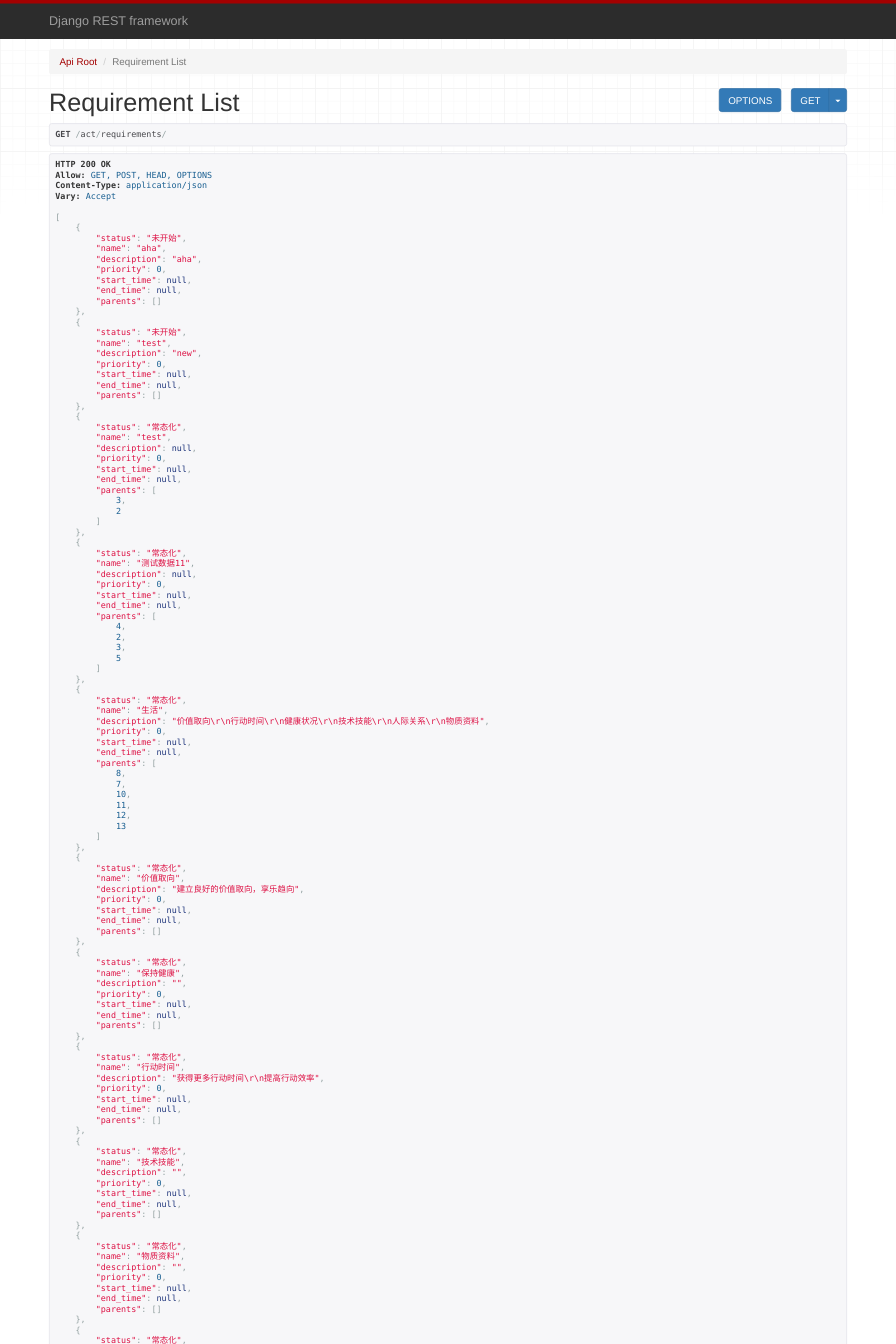
Repository: Floweroid/proj_mana
Page: http://localhost/act/requirements/
An editor plug-in stored every save of this project. The page is shown before and after the next save, followed by the edit.
The browser window is 1280 px wide. The pictures show the part of the page from y = 0 to 1920 px (the page is 2589 px tall before and 2754 px after), at 70% of full size.
Backgrounds fixed to the window are drawn as part of the page. The page is served by the project's application, run on Django 4.2 (manage.py). Other server files are loaded and not shown. The page reads the database file committed with the project.

Above is the page before, as saved 2024-05-20 08:48:10.

### act/models.py
from django.db import models

from django.db import models

class Requirement(models.Model):
    name = models.CharField(max_length=100, verbose_name='名称')
    STATUS_CHOICES = (
        ('常态化', '常态化'),
        ('已取消', '已取消'),
        ('已完成', '已完成'),
        ('进行中', '进行中'),
        ('未开始', '未开始'),
    )
    status = models.CharField(max_length=10, choices=STATUS_CHOICES, verbose_name='状态', default='未开始')
    description = models.TextField(verbose_name='描述', null=True,blank=True)
    priority = models.IntegerField(verbose_name='优先级', default=0)
    created_at = models.DateTimeField(auto_now_add=True, verbose_name='创建时间')
    updated_at = models.DateTimeField(auto_now=True, verbose_name='更新时间')
    parents = models.ManyToManyField('self', through='RequirementRelationship', symmetrical=False, verbose_name='父需求')

    start_time = models.DateTimeField(verbose_name='开始时间', null=True, blank=True)
    end_time = models.DateTimeField(verbose_name='结束时间', null=True, blank=True)

    def __str__(self):
        return f"#{self.id}.{self.name}"

class RequirementRelationship(models.Model):
    from_requirement = models.ForeignKey(Requirement, related_name='from_requirements', on_delete=models.CASCADE,verbose_name='源需求')
    to_requirement = models.ForeignKey(Requirement, related_name='to_requirements', on_delete=models.CASCADE,verbose_name='衍生需求')
    created_at = models.DateTimeField(auto_now_add=True)
    updated_at = models.DateTimeField(auto_now=True)

    def __str__(self):
        return f"{self.from_requirement}->{self.to_requirement}"




class Note(models.Model):
    name = models.CharField(max_length=100, verbose_name='笔记名称')
    description = models.TextField(verbose_name='笔记',null=True)
    created_at = models.DateTimeField(auto_now_add=True, verbose_name='创建时间')
    updated_at = models.DateTimeField(auto_now=True, verbose_name='更新时间')

    def __str__(self):
        return self.name

### act/serializers.py
# serializers.py
from rest_framework import serializers
from .models import Note, Requirement



class NoteSerializer(serializers.ModelSerializer):
    class Meta:
        model = Note
        fields = '__all__'

class RequirementSerializer(serializers.ModelSerializer):
    start_time = serializers.DateTimeField(format='%Y-%m-%d %H:%M:%S', required=False)
    end_time = serializers.DateTimeField(format='%Y-%m-%d %H:%M:%S', required=False)
    class Meta:
        model = Requirement
        fields = ['status','name','description','priority','start_time','end_time','parents']

### act/views.py
# views.py
from rest_framework import viewsets
from .models import Note, Requirement
from .serializers import NoteSerializer, RequirementSerializer

class NoteViewSet(viewsets.ModelViewSet):
    queryset = Note.objects.all()
    serializer_class = NoteSerializer

class RequirementViewSet(viewsets.ModelViewSet):
    queryset = Requirement.objects.all()
    serializer_class = RequirementSerializer

### proj_mana/urls.py
"""
URL configuration for proj_mana project.

The `urlpatterns` list routes URLs to views. For more information please see:
    https://docs.djangoproject.com/en/4.2/topics/http/urls/
Examples:
Function views
    1. Add an import:  from my_app import views
    2. Add a URL to urlpatterns:  path('', views.home, name='home')
Class-based views
    1. Add an import:  from other_app.views import Home
    2. Add a URL to urlpatterns:  path('', Home.as_view(), name='home')
Including another URLconf
    1. Import the include() function: from django.urls import include, path
    2. Add a URL to urlpatterns:  path('blog/', include('blog.urls'))
"""
from django.contrib import admin
from django.urls import include, path

urlpatterns = [
    path("plan/", include("plan.urls")),
    path("req/", include("req_doc.urls")),
    path("act/", include("act.urls")),
    path('admin/', admin.site.urls),

]

### req_doc/urls.py
# urls.py
from django.urls import path, include
from rest_framework.routers import DefaultRouter
from .views import ProjectViewSet, DefinitionViewSet, RequirementViewSet

router = DefaultRouter()
router.register(r'projects', ProjectViewSet)
router.register(r'definitions', DefinitionViewSet)
router.register(r'requirements', RequirementViewSet)

urlpatterns = [
    path('', include(router.urls)),
]

### act/urls.py
# urls.py
from django.urls import path, include
from rest_framework.routers import DefaultRouter
from .views import RequirementViewSet

router = DefaultRouter()
router.register(r'requirements', RequirementViewSet)

urlpatterns = [
    path('', include(router.urls)),
]

### db.sqlite3 (the tables this page reads, as SQL)
CREATE TABLE "act_requirement" ("id" integer NOT NULL PRIMARY KEY AUTOINCREMENT, "name" varchar(100) NOT NULL, "status" varchar(10) NOT NULL, "description" text NULL, "priority" integer NOT NULL, "created_at" datetime NOT NULL, "updated_at" datetime NOT NULL, "end_time" datetime NULL, "start_time" datetime NULL);
INSERT INTO "act_requirement" VALUES
(2, 'aha', '未开始', 'aha', 0, '2024-05-20 09:56:51.737782', '2024-05-20 09:56:51.737782', NULL, NULL),
(3, 'test', '未开始', 'new', 0, '2024-05-20 10:03:12.002756', '2024-05-20 10:25:56.126600', NULL, NULL),
(4, 'test', '常态化', NULL, 0, '2024-05-20 10:37:39.781732', '2024-05-20 10:37:39.781732', NULL, NULL),
(5, '测试数据11', '常态化', NULL, 0, '2024-05-20 11:00:24.475576', '2024-05-20 11:48:23.272821', NULL, NULL),
(6, '生活', '常态化', '价值取向
行动时间
健康状况
技术技能
人际关系
物质资料', 0, '2024-05-20 11:56:26.645009', '2024-05-20 12:18:12.342924', NULL, NULL),
(7, '价值取向', '常态化', '建立良好的价值取向，享乐趋向', 0, '2024-05-20 11:59:38.397435', '2024-05-20 11:59:38.397435', NULL, NULL),
(8, '保持健康', '常态化', '', 0, '2024-05-20 12:11:55.927797', '2024-05-20 12:14:08.627678', NULL, NULL),
(10, '行动时间', '常态化', '获得更多行动时间
提高行动效率', 0, '2024-05-20 12:15:36.697730', '2024-05-20 12:24:03.105387', NULL, NULL),
(11, '技术技能', '常态化', '', 0, '2024-05-20 12:16:13.933418', '2024-05-20 12:23:20.174090', NULL, NULL),
(12, '物质资料', '常态化', '', 0, '2024-05-20 12:16:43.565997', '2024-05-20 12:22:35.271229', NULL, NULL),
(13, '人际关系', '常态化', '', 0, '2024-05-20 12:17:26.345968', '2024-05-20 12:17:26.345968', NULL, NULL);

CREATE TABLE "act_requirementrelationship" ("id" integer NOT NULL PRIMARY KEY AUTOINCREMENT, "created_at" datetime NOT NULL, "updated_at" datetime NOT NULL, "from_requirement_id" bigint NOT NULL REFERENCES "act_requirement" ("id") DEFERRABLE INITIALLY DEFERRED, "to_requirement_id" bigint NOT NULL REFERENCES "act_requirement" ("id") DEFERRABLE INITIALLY DEFERRED);
INSERT INTO "act_requirementrelationship" VALUES
(2, '2024-05-20 10:37:39.790740', '2024-05-20 10:37:39.790740', 4, 3),
(3, '2024-05-20 10:37:39.790740', '2024-05-20 10:37:39.790740', 4, 2),
(4, '2024-05-20 11:00:24.483582', '2024-05-20 11:00:24.483582', 5, 4),
(5, '2024-05-20 11:00:24.484583', '2024-05-20 11:00:24.484583', 5, 2),
(6, '2024-05-20 11:00:24.484583', '2024-05-20 11:00:24.484583', 5, 3),
(7, '2024-05-20 11:47:50.992612', '2024-05-20 11:47:50.992612', 5, 5),
(8, '2024-05-20 12:14:10.367260', '2024-05-20 12:14:10.367260', 6, 8),
(9, '2024-05-20 12:18:14.080741', '2024-05-20 12:18:14.080741', 6, 7),
(10, '2024-05-20 12:18:14.081742', '2024-05-20 12:18:14.081742', 6, 10),
(11, '2024-05-20 12:18:14.081742', '2024-05-20 12:18:14.081742', 6, 11),
(12, '2024-05-20 12:18:14.081742', '2024-05-20 12:18:14.081742', 6, 12),
(13, '2024-05-20 12:18:14.081742', '2024-05-20 12:18:14.081742', 6, 13);

Loaded but not shown: plan/urls.py (common file)

After the next save:
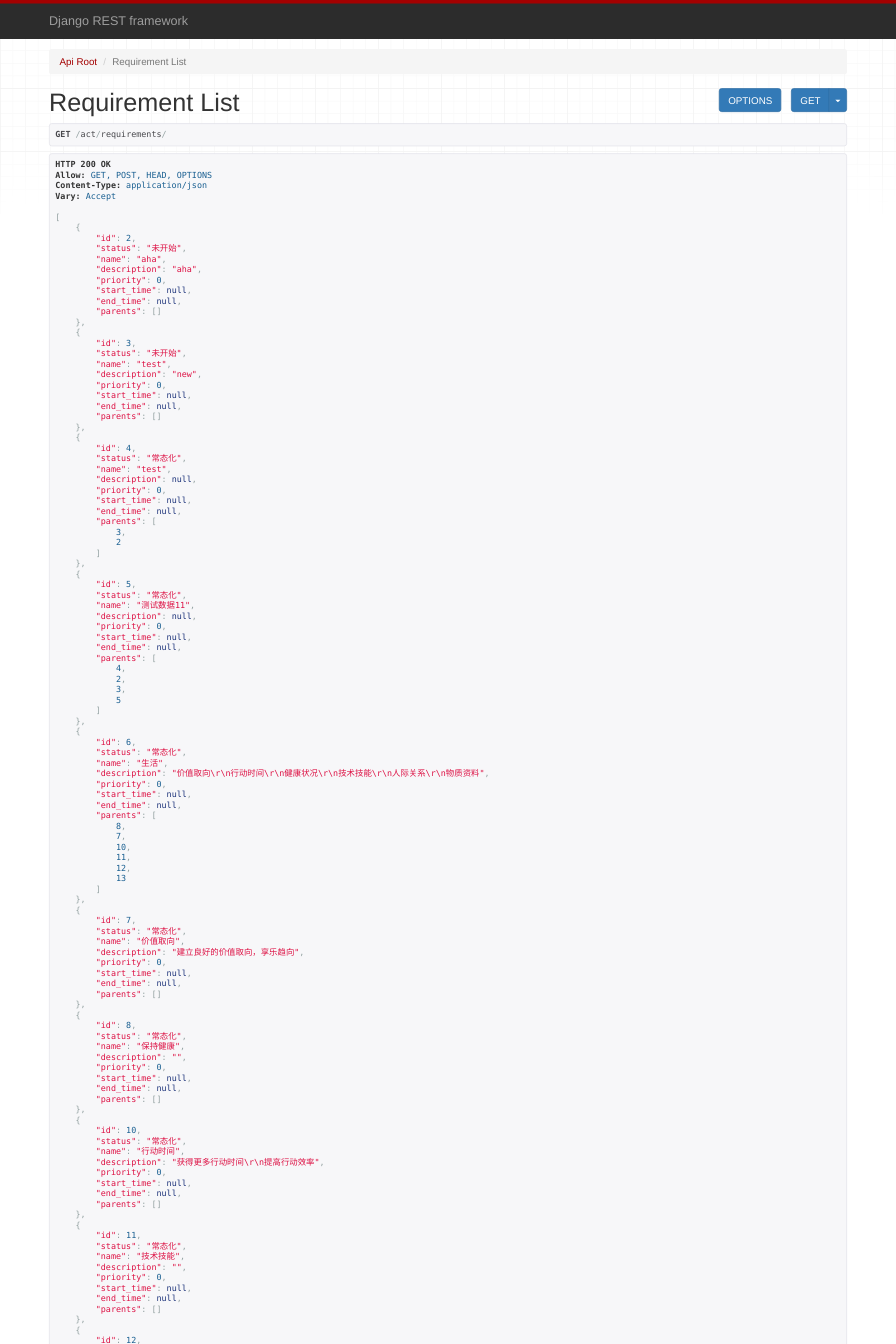
Saved 51 s later.
--- a/act/serializers.py
+++ b/act/serializers.py
@@ -14,4 +14,4 @@ class RequirementSerializer(serializers.ModelSerializer):
     end_time = serializers.DateTimeField(format='%Y-%m-%d %H:%M:%S', required=False)
     class Meta:
         model = Requirement
-        fields = ['status','name','description','priority','start_time','end_time','parents']
+        fields = ['id','status','name','description','priority','start_time','end_time','parents']
